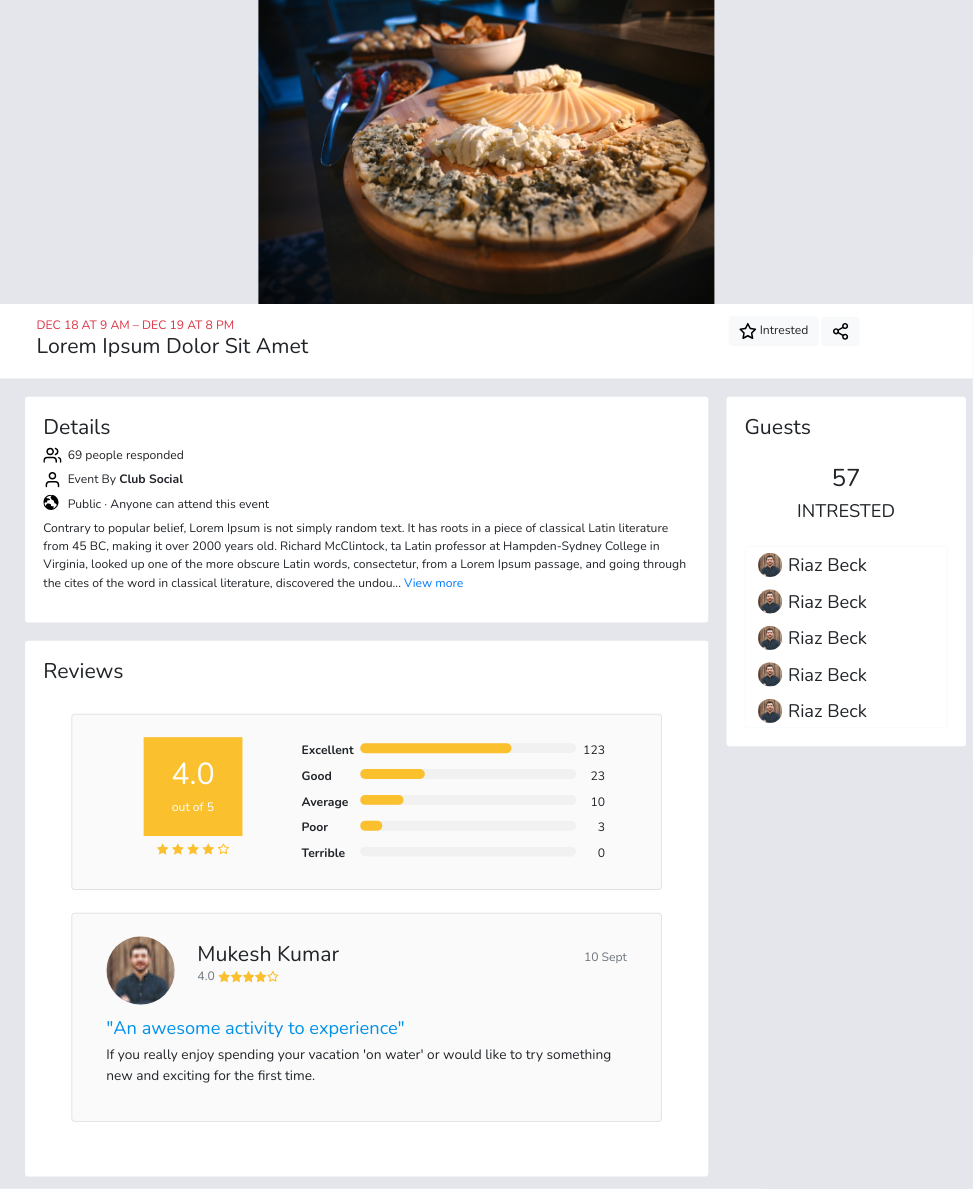
Repository: iamrachid/ensaevents
Page: event.html
An editor plug-in stored every save of this project. The page is shown before and after the next save, followed by the edit.
The browser window is 1280 px wide. The pictures show the whole page, at 76% of full size.

Above is the page before, as saved 2021-11-25 19:12:01.

### event.html
<html>

<head>
    <meta charset="UTF-8">
    <meta http-equiv="X-UA-Compatible" content="IE=edge">
    <meta name="viewport" content="width=device-width, initial-scale=1.0">
    <title>Document</title>
    <link rel="stylesheet" href="css/bootstrap.css">
    <link rel="stylesheet" href="css/style.css">
    <!-- Link Swiper's CSS -->
    <link rel="stylesheet" href="https://unpkg.com/swiper/swiper-bundle.min.css" />

    <link rel="preconnect" href="https://fonts.googleapis.com">
    <link rel="preconnect" href="https://fonts.gstatic.com" crossorigin>
    <link
        href="https://fonts.googleapis.com/css2?family=Nunito:ital,wght@0,200;0,300;0,400;0,600;0,700;0,800;0,900;1,200;1,300;1,400;1,600;1,700;1,800;1,900&display=swap"
        rel="stylesheet">
</head>

<body class="w-100">

    <div class="text-center bg-main d-flex justify-content-center">
        <img src="assets/img/card-1.jpg" class="cover-img">
    </div>
    <div class="py-3 px-md-5 px-3">
        <div class="row">
            <div class="col-md-9 col-sm-8 col-12">
                <span class="text-uppercase text-danger">DEC 18 AT 9 AM – DEC 19 AT 8 PM</span>
                <h3>Lorem Ipsum Dolor Sit Amet</h3>
            </div>
            <div class="col-md-3 col-sm-4 col-12">
                <button class="btn btn-light ">
                    <svg class="btn-icon">
                        <use xlink:href="assets/img/icons.svg#icon-star"></use>
                    </svg>
                    Intrested</button>
                <button class="btn btn-light">
                    <svg class="btn-icon">
                        <use xlink:href="assets/img/icons.svg#icon-share-2"></use>
                    </svg>
                </button>
            </div>
        </div>
    </div>

    <div class="px-md-4 p-0 pb-3 bg-main">
        <div class="row">
            <div class="col-md-8 col-lg-9 col-12 px-4 px-md-3 px-lg-4">
                <div class="bg-white mt-4 p-4 rounded">
                    <h3>Details</h3>
                    <div class="d-flex">
                        <svg class="detail-icon mr-2 mb-2">
                            <use xlink:href="assets/img/icons.svg#icon-users"></use>
                        </svg>
                        <span>69 people responded</span>
                    </div>
                    <div class="d-flex">
                        <svg class="detail-icon mr-2  mb-2">
                            <use xlink:href="assets/img/icons.svg#icon-user"></use>
                        </svg>
                        <span>Event By <strong>Club Social</strong></span>
                    </div>
                    <div class="d-flex">
                        <svg class="detail-icon mr-2 mb-2">
                            <use xlink:href="assets/img/icons.svg#icon-public"></use>
                        </svg>
                        <span>Public · Anyone can attend this event</span>
                    </div>
                    <p>
                        <span>
                            Contrary to popular belief, Lorem Ipsum is not simply random text. It has roots in a piece
                            of
                            classical
                            Latin literature from 45 BC, making it over 2000 years old. Richard McClintock, ta Latin
                            professor
                            at
                            Hampden-Sydney College in Virginia, looked up one of the more obscure Latin words,
                            consectetur,
                            from
                            a
                            Lorem Ipsum passage, and going through the cites of the word in classical literature,
                            discovered
                            the
                            undou</span><span class="collapse  multi-collapse show fast" id="dots">...</span>
                        <span class="collapse  multi-collapse fast" id="more-text">btable source. Lorem Ipsum comes from
                            sections
                            1.10.32 and 1.10.33 of "de Finibus Bonorum et
                            Malorum" (The Extremes of Good and Evil) by Cicero, written in 45 BC. This book is a
                            treatise on
                            the
                            theory of ethics, very popular during the Renaissance. The first line of Lorem Ipsum, "Lorem
                            ipsum
                            dolor
                            sit amet..", comes from a line in section 1.10.32.
                        </span>

                        <a class="collapse  multi-collapse fast" type="button" id="less" data-toggle="collapse"
                            data-target=".multi-collapse" aria-expanded="false"
                            aria-controls="dots more less more-text">View less</a>
                        <a class="collapse show  multi-collapse fast" type="button" id="more" data-toggle="collapse"
                            data-target=".multi-collapse" aria-expanded="false"
                            aria-controls="dots more less more-text">View more</a>
                    </p>
                </div>
                <div class="bg-white mt-4 p-4 rounded">
                    <h3>Reviews</h3>


                    <div class="row justify-content-center">
                        <div class=" col-12 col-md-11 text-center mb-5">
                            <div class="card review-card">
                                <div class="row justify-content-start d-flex">
                                    <div class="col-md-4 d-flex flex-column">
                                        <div class="rating-box">
                                            <h1 class="pt-4">4.0</h1>
                                            <p class="">out of 5</p>
                                        </div>
                                        <div class="mt-1">
                                            <svg class="rating-icon">
                                                <use xlink:href="assets/img/icons.svg#icon-star-full"></use>
                                            </svg>
                                            <svg class="rating-icon">
                                                <use xlink:href="assets/img/icons.svg#icon-star-full"></use>
                                            </svg>
                                            <svg class="rating-icon">
                                                <use xlink:href="assets/img/icons.svg#icon-star-full"></use>
                                            </svg>
                                            <svg class="rating-icon">
                                                <use xlink:href="assets/img/icons.svg#icon-star-full"></use>
                                            </svg>
                                            <svg class="rating-icon">
                                                <use xlink:href="assets/img/icons.svg#icon-star"></use>
                                            </svg>
                                        </div>
                                    </div>
                                    <div class="col-md-8">
                                        <div class="rating-bar0 justify-content-center">
                                            <table class="text-left mx-auto">
                                                <tr>
                                                    <td class="rating-label">Excellent</td>
                                                    <td class="rating-bar">
                                                        <div class="bar-container">
                                                            <div class="bar-5"></div>
                                                        </div>
                                                    </td>
                                                    <td class="text-right">123</td>
                                                </tr>
                                                <tr>
                                                    <td class="rating-label">Good</td>
                                                    <td class="rating-bar">
                                                        <div class="bar-container">
                                                            <div class="bar-4"></div>
                                                        </div>
                                                    </td>
                                                    <td class="text-right">23</td>
                                                </tr>
                                                <tr>
                                                    <td class="rating-label">Average</td>
                                                    <td class="rating-bar">
                                                        <div class="bar-container">
                                                            <div class="bar-3"></div>
                                                        </div>
                                                    </td>
                                                    <td class="text-right">10</td>
                                                </tr>
                                                <tr>
                                                    <td class="rating-label">Poor</td>
                                                    <td class="rating-bar">
                                                        <div class="bar-container">
                                                            <div class="bar-2"></div>
                                                        </div>
                                                    </td>
                                                    <td class="text-right">3</td>
                                                </tr>
                                                <tr>
                                                    <td class="rating-label">Terrible</td>
                                                    <td class="rating-bar">
                                                        <div class="bar-container">
                                                            <div class="bar-1"></div>
                                                        </div>
                                                    </td>
                                                    <td class="text-right">0</td>
                                                </tr>
                                            </table>
                                        </div>
                                    </div>
                                </div>
                            </div>
                            <div class="card review-card">
                                <div class="row d-flex">
                                    <div class=""> <img class="profile-pic" src="assets/img/user.png"> </div>
                                    <div class="d-flex flex-column">
                                        <h3 class="mt-2 mb-0">Mukesh Kumar</h3>
                                        <div>
                                            <p class="text-left d-flex align-items-center"><span
                                                    class="text-muted mr-1">4.0</span>
                                                <svg class="rating-icon">
                                                    <use xlink:href="assets/img/icons.svg#icon-star-full"></use>
                                                </svg>
                                                <svg class="rating-icon">
                                                    <use xlink:href="assets/img/icons.svg#icon-star-full"></use>
                                                </svg>
                                                <svg class="rating-icon">
                                                    <use xlink:href="assets/img/icons.svg#icon-star-full"></use>
                                                </svg>
                                                <svg class="rating-icon">
                                                    <use xlink:href="assets/img/icons.svg#icon-star-full"></use>
                                                </svg>
                                                <svg class="rating-icon">
                                                    <use xlink:href="assets/img/icons.svg#icon-star"></use>
                                                </svg>
                                            </p>
                                        </div>
                                    </div>
                                    <div class="ml-auto">
                                        <p class="text-muted pt-5 pt-sm-3">10 Sept</p>
                                    </div>
                                </div>
                                <div class="row text-left">
                                    <h4 class="blue-text mt-3">"An awesome activity to experience"</h4>
                                    <p class="content">If you really enjoy spending your vacation 'on water' or would
                                        like
                                        to try something new and exciting for the first time.</p>
                                </div>
                            </div>
                        </div>
                    </div>



                </div>
            </div>
            <div class=" px-4 px-md-0 py-4 col-md-4 col-lg-3  col-sm-12 ">
                <div class="bg-white  p-4 rounded">
                    <h3>Guests</h3>
                    <div class="d-flex  justify-content-center py-4">
                        <div class="d-flex flex-column align-items-center">
                            <h2 cla>57</h2>
                            <h4 class="text-uppercase">Intrested</h4>
                        </div>

                    </div>
                    <div class="overflow-auto border-light border rounded users px-2">
                        <div class="user d-flex align-items-center">
                            <img class="user-img m-2" src="assets/img/user.png" />
                            <span class="user-name">Riaz Beck</span>
                        </div>
                        <div class="user d-flex align-items-center">
                            <img class="user-img m-2" src="assets/img/user.png" />
                            <span class="user-name">Riaz Beck</span>
                        </div>
                        <div class="user d-flex align-items-center">
                            <img class="user-img m-2" src="assets/img/user.png" />
                            <span class="user-name">Riaz Beck</span>
                        </div>
                        <div class="user d-flex align-items-center">
                            <img class="user-img m-2" src="assets/img/user.png" />
                            <span class="user-name">Riaz Beck</span>
                        </div>
                        <div class="user d-flex align-items-center">
                            <img class="user-img m-2" src="assets/img/user.png" />
                            <span class="user-name">Riaz Beck</span>
                        </div>
                        <div class="user d-flex align-items-center">
                            <img class="user-img m-2" src="assets/img/user.png" />
                            <span class="user-name">Riaz Beck</span>
                        </div>
                        <div class="user d-flex align-items-center">
                            <img class="user-img m-2" src="assets/img/user.png" />
                            <span class="user-name">Riaz Beck</span>
                        </div>
                        <div class="user d-flex align-items-center">
                            <img class="user-img m-2" src="assets/img/user.png" />
                            <span class="user-name">Riaz Beck</span>
                        </div>
                        <div class="user d-flex align-items-center">
                            <img class="user-img m-2" src="assets/img/user.png" />
                            <span class="user-name">Riaz Beck</span>
                        </div>
                        <div class="user d-flex align-items-center">
                            <img class="user-img m-2" src="assets/img/user.png" />
                            <span class="user-name">Riaz Beck</span>
                        </div>
                    </div>
                </div>
            </div>
        </div>
        <script src="js/jquery-3.6.0.js">
        </script>
        <!-- Bootstrap -->
        <script src="js/bootstrap.js"></script>
        <!-- Swiper JS -->
        <script src="js/swiper-bundle.min.js"></script>

        <!-- Main script -->
        <script src="js/script.js"></script>

</body>

</html>

### css/style.css
@font-face {
    font-family: Forever;
    src: url(../font/Foreverbrushscript-GwZy.otf);
  }

html, body{
    font-family: "Nunito";
    font-weight: 400;
    width: 100%;
}
.hero {
    background: linear-gradient(45deg, rgba(173,225,255,1) 0%, rgba(186,175,255,1) 40%, rgba(175,255,182,1) 74%, rgba(175,255,182,1) 100%);
}
.btn-header {
    font-size: 1rem;
}

.heading-title {
    font-size: 5rem;
    font-weight: 800;
}
@media only screen and (max-width: 768px) {
    .heading-title {
        font-size: 4rem;
    }

    .padding-smallSize {
        padding: .5rem;
    }
}

.heading-title_white {
    color: #fafafa;
}
.heading-subtitle {
    color: #fafafa;
    letter-spacing: .2cm;
}
.search-bar {
    padding: .51rem 0.5rem;
    background-color: white;
    left: 50%;
    transform: translate(-50%,-50%);
    border-radius: 30px;
}

.search-btn {
    background-color: #b2d0ff;
    color: #fafafa;
    font-weight: 600;
}

.card-img-box {
    height: 12rem;
    overflow: hidden;
    display: flex;
    justify-content: center;
    align-items: center;
}

.forever {
    font-family: Forever;
    font-size:2rem
}

.bg-color-blue {
    background-color:#b2d0ff;
}

.gradient {
    background:linear-gradient(to right,rgba(149, 133, 255,1) 0%, rgba(186,175,255,1)  100%);
}

.menu-icon {
    width: 1.2rem;
    height: 1.2rem;
    fill: #fff;
}

.menu-active {
    border-left: 5px solid #fff;
}

.side-nav-link, .side-nav-link:hover {
    color: #fff;
}

.side-nav-item.active:hover {
    padding-right:5px;
}

.side-nav-item {
    transition: all  0.3s;
}

.side-nav-item:hover, .side-nav-item.active {
    border-left: 5px solid #fff;
    transition: all 0.3s;
}

.btn-purple {
    color: #fff;
    background-color: rgba(149, 133, 255,1);
    border-color: rgba(149, 133, 255,1);
}

.btn-purple:hover {
    color: #fff;
    background-color: rgba(186,175,255,1);
    border-color: rgba(186,175,255,1);
}

.detail-icon {
    height: 1.5rem;
    width: 1.5rem;
}

.users {
    height: 15rem;
}

.user-name {
    font-size:1.5rem;
}

.user-img {
    height: 2rem;
    width: 2rem;
    border-radius:50%;
}

.btn-icon {
    height: 1.5rem;
    width: 1.5rem;
}

.fast {
    transition: all 0s;
}

.bg-main {
    background-color: #e4e6eb !important;
}

.cover-img {
    width: 100%;
    max-width: 600px;
}

/* Reviews */

.rating-icon {
    fill: #FBC02D;
    height: 1rem;
    width: 1rem;
}

.review-card {
    border-radius: 5px;
    background-color: #fff;
    background-color: #fafafa;
    padding-left: 60px;
    padding-right: 60px;
    margin-top: 30px;
    padding-top: 30px;
    padding-bottom: 30px
}

.rating-box {
    width: 130px;
    height: 130px;
    margin-right: auto;
    margin-left: auto;
    background-color: #FBC02D;
    color: #fff
}

.rating-label {
    font-weight: bold
}

.rating-bar {
    width: 300px;
    padding: 8px;
    border-radius: 5px
}

.bar-container {
    width: 100%;
    background-color: #f1f1f1;
    text-align: center;
    color: white;
    border-radius: 20px;
    cursor: pointer;
    margin-bottom: 5px
}

.bar-5 {
    width: 70%;
    height: 13px;
    background-color: #FBC02D;
    border-radius: 20px
}

.bar-4 {
    width: 30%;
    height: 13px;
    background-color: #FBC02D;
    border-radius: 20px
}

.bar-3 {
    width: 20%;
    height: 13px;
    background-color: #FBC02D;
    border-radius: 20px
}

.bar-2 {
    width: 10%;
    height: 13px;
    background-color: #FBC02D;
    border-radius: 20px
}

.bar-1 {
    width: 0%;
    height: 13px;
    background-color: #FBC02D;
    border-radius: 20px
}


.star-active {
    color: #FBC02D;
    margin-top: 10px;
    margin-bottom: 10px
}

.star-active:hover {
    color: #F9A825;
    cursor: pointer
}

.star-inactive {
    color: #CFD8DC;
    margin-top: 10px;
    margin-bottom: 10px
}

.blue-text {
    color: #0091EA
}

.content {
    font-size: 18px
}

.profile-pic {
    width: 90px;
    height: 90px;
    border-radius: 100%;
    margin-right: 30px
}

.pic {
    width: 80px;
    height: 80px;
    margin-right: 10px
}

### js/script.js
var swiper = new Swiper(".events", {
    pagination: {
      el: ".swiper-pagination",
      clickable: true,
    }
    ,
    breakpoints: {
      640: {
        slidesPerView: 1,
        spaceBetween: 20,
      },
      768: {
        slidesPerView: 2,
        spaceBetween: 40,
      },
      1024: {
        slidesPerView: 3,
        spaceBetween: 50,
      },
    },

  })

  var swiper = new Swiper(".clubs", {
    spaceBetween: 10,
    autoplay: {
      delay: 3000,
      // TODO: this should be false
      disableOnInteraction: false,
    },
    pagination: {
      el: ".swiper-pagination",
      clickable: true,
    },
    navigation: {
      nextEl: ".swiper-button-next",
      prevEl: ".swiper-button-prev",
    },
    breakpoints: {
      640: {
        slidesPerView: 2,
        spaceBetween: 20,
      },
      768: {
        slidesPerView: 3,
        spaceBetween: 40,
      },
      1024: {
        slidesPerView: 5,
        spaceBetween: 50,
      },
    }
  });;

Loaded but not shown: css/bootstrap.css (library); js/jquery-3.6.0.js (library); js/bootstrap.js (library); js/swiper-bundle.min.js (library)

After the next save:
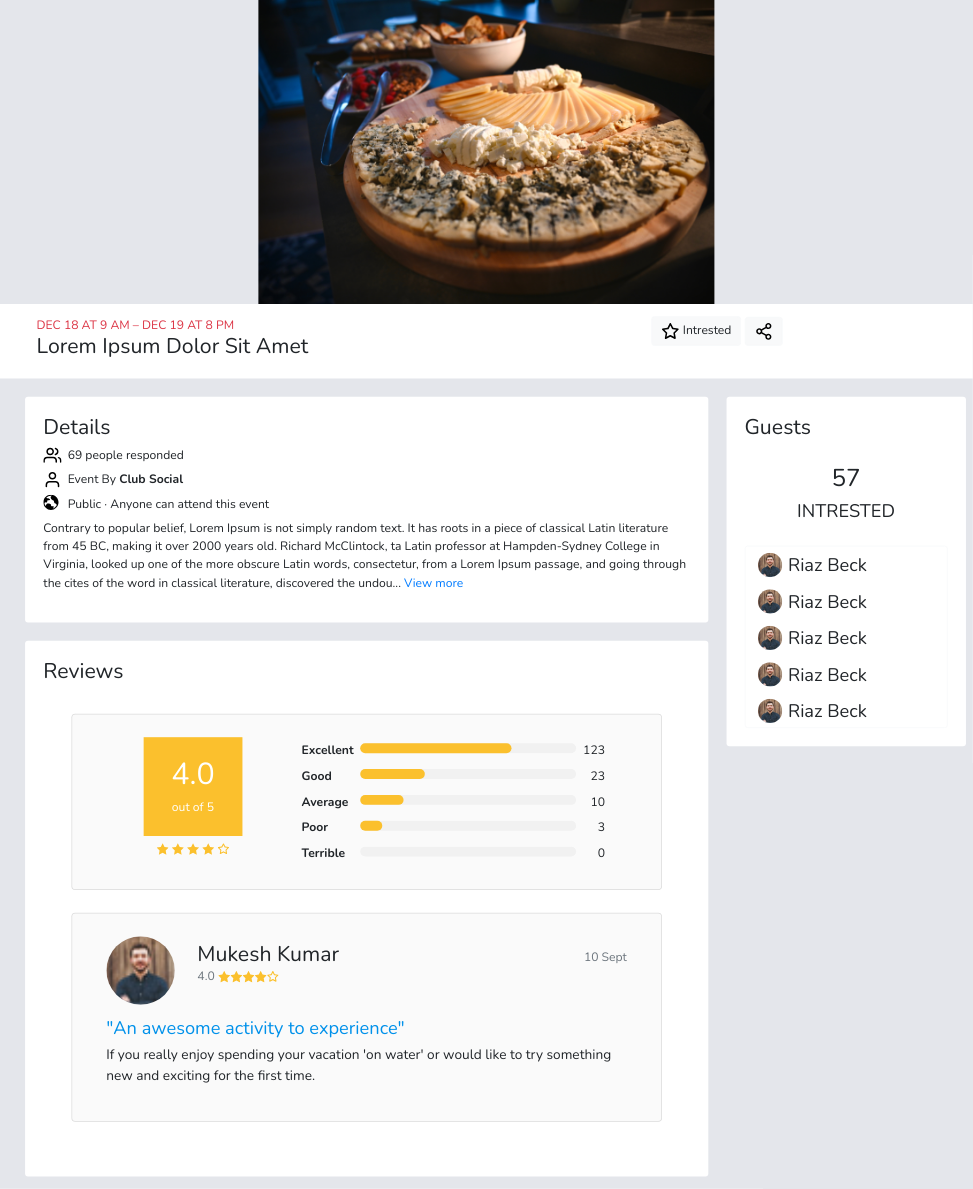
Saved 3 min 22 s later.
--- a/event.html
+++ b/event.html
@@ -24,11 +24,11 @@
     </div>
     <div class="py-3 px-md-5 px-3">
         <div class="row">
-            <div class="col-md-9 col-sm-8 col-12">
+            <div class="col-md-8 col-12">
                 <span class="text-uppercase text-danger">DEC 18 AT 9 AM – DEC 19 AT 8 PM</span>
                 <h3>Lorem Ipsum Dolor Sit Amet</h3>
             </div>
-            <div class="col-md-3 col-sm-4 col-12">
+            <div class="col-md-4 col-12">
                 <button class="btn btn-light ">
                     <svg class="btn-icon">
                         <use xlink:href="assets/img/icons.svg#icon-star"></use>
